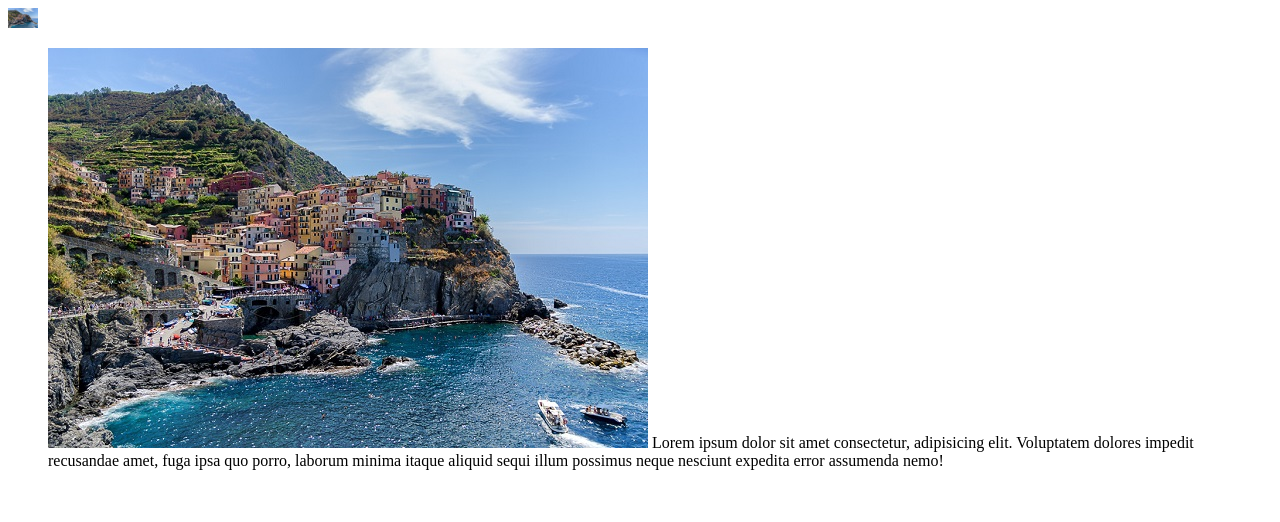
Repository: EmanuelUrbano/introducao_a_tecnologias
Page: 05_05_2022/dropdown_image/index.html
The author's editor kept a copy of each file at every save. The page is drawn from the files as they stood at one save, then again after the next save.
The browser window is 1280 px wide. The pictures show the whole page.

Above is the page before, as saved 2022-05-09 23:56:16.

After the next save:
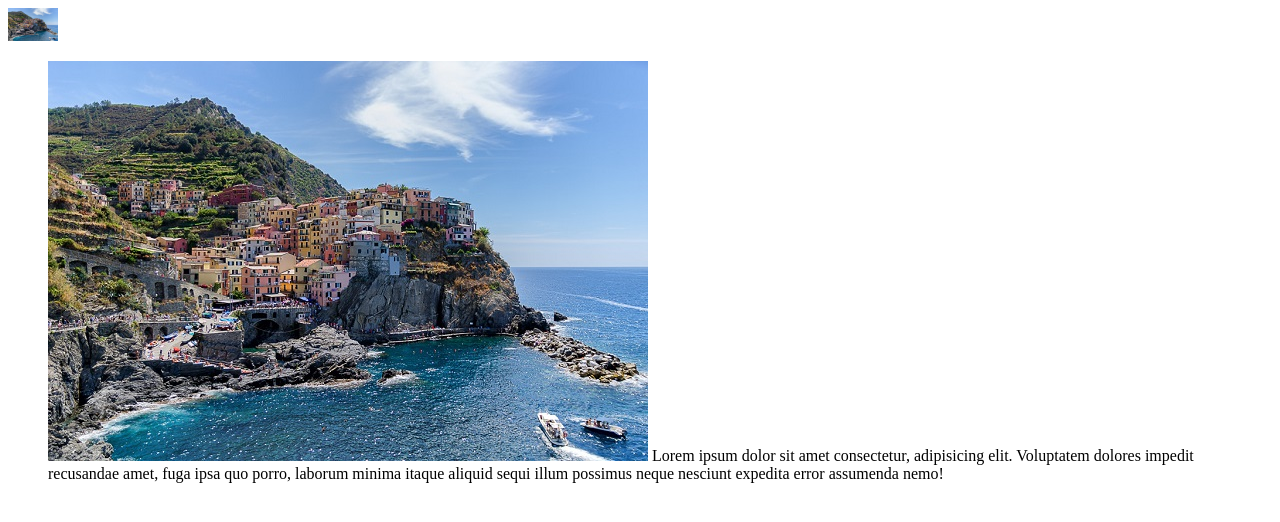
Saved 14 s later.
--- a/05_05_2022/dropdown_image/style.css
+++ b/05_05_2022/dropdown_image/style.css
@@ -1,5 +1,5 @@
 img.imagem_pequena{
     display:inline-block;
     height: auto;
-    max-width: 30px;
+    max-width: 50px;
 }
